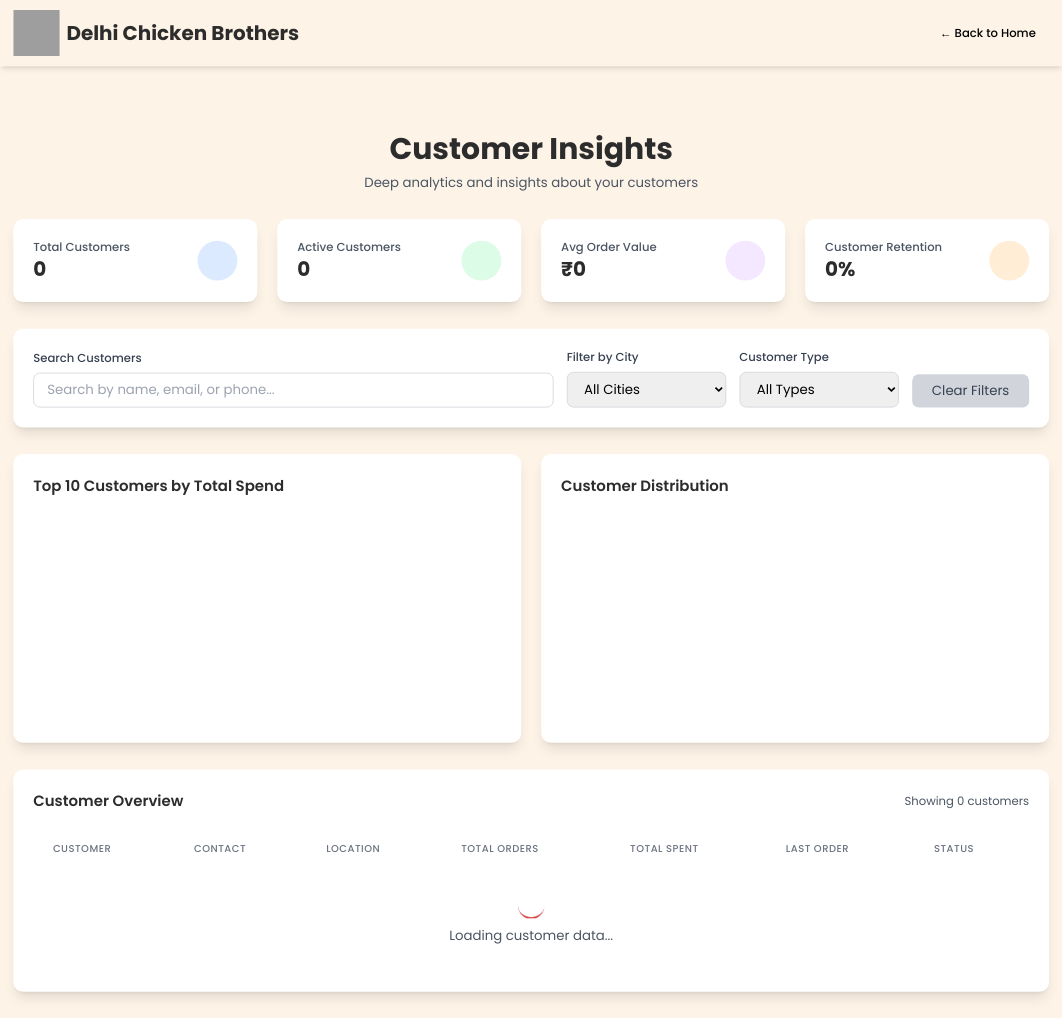
Repository: roydigital/dcb_pos_final
Page: customers.html
The author's editor kept a copy of each file at every save. The page is drawn from the files as they stood at one save, then again after the next save.
The browser window is 1280 px wide. The pictures show the whole page, at 83% of full size.
Pictures or frames that could not be fetched are drawn as grey boxes. Some web libraries are served in a nearby version.

Above is the page before, as saved 2025-10-13 16:50:39.

### customers.html
<!DOCTYPE html>
<html lang="en">
<head>
    <meta charset="UTF-8">
    <meta name="viewport" content="width=device-width, initial-scale=1.0">
    <title>Customer Insights - Delhi Chicken Brothers</title>
    <script src="https://cdn.tailwindcss.com"></script>
    <link rel="preconnect" href="https://fonts.googleapis.com">
    <link rel="preconnect" href="https://fonts.gstatic.com" crossorigin>
    <link href="https://fonts.googleapis.com/css2?family=Poppins:wght@400;500;600;700&family=Roboto:wght@400;500;700&display=swap" rel="stylesheet">
    <script src="https://unpkg.com/lucide@latest"></script>
    <script src="https://cdn.jsdelivr.net/npm/chart.js"></script>
    <style>
        body {
            font-family: 'Poppins', 'Roboto', sans-serif;
            background-color: #FDF3E7;
        }
        :root {
            --brand-red: #D12727;
            --brand-dark: #2C2C2C;
            --brand-cream: #FDF3E7;
            --brand-light-cream: #FFFBF5;
        }
        .bg-brand-red { background-color: var(--brand-red); }
        .text-brand-red { color: var(--brand-red); }
        .border-brand-red { border-color: var(--brand-red); }
        .bg-brand-dark { background-color: var(--brand-dark); }
        .text-brand-dark { color: var(--brand-dark); }
        .bg-brand-cream { background-color: var(--brand-cream); }
        .text-brand-cream { color: var(--brand-cream); }
        .bg-brand-light-cream { background-color: var(--brand-light-cream); }

        /* Custom scrollbar */
        ::-webkit-scrollbar {
            width: 8px;
        }
        ::-webkit-scrollbar-track {
            background: var(--brand-cream);
        }
        ::-webkit-scrollbar-thumb {
            background: var(--brand-red);
            border-radius: 10px;
        }
        ::-webkit-scrollbar-thumb:hover {
            background: #a81f1f;
        }

        .customer-card {
            transition: all 0.3s ease;
        }
        .customer-card:hover {
            transform: translateY(-2px);
            box-shadow: 0 10px 25px -5px rgba(0, 0, 0, 0.1);
        }

        .fade-in {
            animation: fadeIn 0.5s ease-in;
        }

        @keyframes fadeIn {
            from { opacity: 0; transform: translateY(10px); }
            to { opacity: 1; transform: translateY(0); }
        }

        .loading {
            opacity: 0.6;
            pointer-events: none;
        }

        /* Badge styles */
        .badge-new { background-color: #10B981; color: white; }
        .badge-returning { background-color: #3B82F6; color: white; }
        .badge-frequent { background-color: #8B5CF6; color: white; }
        .badge-high-value { background-color: #F59E0B; color: white; }
        .badge-inactive { background-color: #6B7280; color: white; }

        /* Drawer animations */
        .drawer-enter {
            transform: translateX(100%);
        }
        .drawer-enter-active {
            transform: translateX(0);
            transition: transform 0.3s ease-out;
        }
        .drawer-exit {
            transform: translateX(0);
        }
        .drawer-exit-active {
            transform: translateX(100%);
            transition: transform 0.3s ease-in;
        }
    </style>
</head>
<body class="min-h-screen flex flex-col">
    <!-- Header -->
    <header class="bg-brand-cream sticky top-0 z-40 shadow-md" style="background-color: #FDF3E7 !important;">
        <div class="container mx-auto px-4 py-3 flex justify-between items-center">
            <a href="index.html" class="flex items-center gap-2">
                <img src="https://dcbchicken.com/images/logo.png" alt="Delhi Chicken Brothers Logo" class="h-12 w-12 md:h-14 md:w-14">
                <span class="text-xl md:text-2xl font-bold text-brand-dark hidden sm:block">Delhi Chicken Brothers</span>
            </a>
            <div class="flex items-center gap-4">
                <a href="index.html" class="text-sm font-medium hover:text-brand-red transition-colors">← Back to Home</a>
                <div id="auth-container"></div>
            </div>
        </div>
    </header>

    <!-- Main Content -->
    <main class="container mx-auto px-4 pt-20 pb-8 flex-grow">
        <!-- Page Header -->
        <div class="text-center mb-8">
            <h1 class="text-3xl md:text-4xl font-bold text-brand-dark mb-2">Customer Insights</h1>
            <p class="text-gray-600">Deep analytics and insights about your customers</p>
        </div>

        <!-- Quick Stats Cards -->
        <div class="grid grid-cols-1 md:grid-cols-2 lg:grid-cols-4 gap-6 mb-8">
            <div class="bg-white rounded-xl shadow-lg p-6 customer-card">
                <div class="flex items-center justify-between">
                    <div>
                        <p class="text-sm font-medium text-gray-600">Total Customers</p>
                        <p id="total-customers" class="text-2xl font-bold text-brand-dark">0</p>
                    </div>
                    <div class="w-12 h-12 bg-blue-100 rounded-full flex items-center justify-center">
                        <i data-lucide="users" class="h-6 w-6 text-blue-600"></i>
                    </div>
                </div>
            </div>

            <div class="bg-white rounded-xl shadow-lg p-6 customer-card">
                <div class="flex items-center justify-between">
                    <div>
                        <p class="text-sm font-medium text-gray-600">Active Customers</p>
                        <p id="active-customers" class="text-2xl font-bold text-brand-dark">0</p>
                    </div>
                    <div class="w-12 h-12 bg-green-100 rounded-full flex items-center justify-center">
                        <i data-lucide="user-check" class="h-6 w-6 text-green-600"></i>
                    </div>
                </div>
            </div>

            <div class="bg-white rounded-xl shadow-lg p-6 customer-card">
                <div class="flex items-center justify-between">
                    <div>
                        <p class="text-sm font-medium text-gray-600">Avg Order Value</p>
                        <p id="avg-order-value" class="text-2xl font-bold text-brand-dark">₹0</p>
                    </div>
                    <div class="w-12 h-12 bg-purple-100 rounded-full flex items-center justify-center">
                        <i data-lucide="trending-up" class="h-6 w-6 text-purple-600"></i>
                    </div>
                </div>
            </div>

            <div class="bg-white rounded-xl shadow-lg p-6 customer-card">
                <div class="flex items-center justify-between">
                    <div>
                        <p class="text-sm font-medium text-gray-600">Customer Retention</p>
                        <p id="retention-rate" class="text-2xl font-bold text-brand-dark">0%</p>
                    </div>
                    <div class="w-12 h-12 bg-orange-100 rounded-full flex items-center justify-center">
                        <i data-lucide="repeat" class="h-6 w-6 text-orange-600"></i>
                    </div>
                </div>
            </div>
        </div>

        <!-- Filters and Search -->
        <div class="bg-white rounded-xl shadow-lg p-6 mb-8 customer-card">
            <div class="flex flex-wrap gap-4 items-end">
                <div class="flex-1 min-w-[300px]">
                    <label class="block text-sm font-medium text-gray-700 mb-2">Search Customers</label>
                    <input type="text" id="search-input" placeholder="Search by name, email, or phone..."
                        class="w-full px-4 py-2 border border-gray-300 rounded-lg focus:outline-none focus:ring-2 focus:ring-brand-red focus:border-brand-red">
                </div>

                <div>
                    <label class="block text-sm font-medium text-gray-700 mb-2">Filter by City</label>
                    <select id="city-filter" class="w-48 px-4 py-2 border border-gray-300 rounded-lg focus:outline-none focus:ring-2 focus:ring-brand-red focus:border-brand-red">
                        <option value="">All Cities</option>
                    </select>
                </div>

                <div>
                    <label class="block text-sm font-medium text-gray-700 mb-2">Customer Type</label>
                    <select id="type-filter" class="w-48 px-4 py-2 border border-gray-300 rounded-lg focus:outline-none focus:ring-2 focus:ring-brand-red focus:border-brand-red">
                        <option value="">All Types</option>
                        <option value="new">New Customers</option>
                        <option value="returning">Returning Customers</option>
                        <option value="frequent">Frequent Customers</option>
                        <option value="high-value">High-Value Customers</option>
                        <option value="inactive">Inactive Customers</option>
                    </select>
                </div>

                <button id="clear-filters" class="bg-gray-300 text-gray-700 px-6 py-2 rounded-lg hover:bg-gray-400 transition-colors">
                    Clear Filters
                </button>
            </div>
        </div>

        <!-- Analytics Charts Section -->
        <div class="grid grid-cols-1 lg:grid-cols-2 gap-6 mb-8">
            <!-- Top Customers Chart -->
            <div class="bg-white rounded-xl shadow-lg p-6 customer-card">
                <h3 class="text-lg font-semibold text-brand-dark mb-4">Top 10 Customers by Total Spend</h3>
                <div class="h-64">
                    <canvas id="top-customers-chart"></canvas>
                </div>
            </div>

            <!-- Customer Distribution Chart -->
            <div class="bg-white rounded-xl shadow-lg p-6 customer-card">
                <h3 class="text-lg font-semibold text-brand-dark mb-4">Customer Distribution</h3>
                <div class="h-64">
                    <canvas id="customer-distribution-chart"></canvas>
                </div>
            </div>
        </div>

        <!-- Customer Overview Table -->
        <div class="bg-white rounded-xl shadow-lg p-6 customer-card">
            <div class="flex justify-between items-center mb-6">
                <h3 class="text-lg font-semibold text-brand-dark">Customer Overview</h3>
                <div class="text-sm text-gray-600" id="customer-count">Showing 0 customers</div>
            </div>

            <div class="overflow-x-auto">
                <table class="min-w-full divide-y divide-gray-200">
                    <thead>
                        <tr>
                            <th class="px-6 py-3 text-left text-xs font-medium text-gray-500 uppercase tracking-wider">Customer</th>
                            <th class="px-6 py-3 text-left text-xs font-medium text-gray-500 uppercase tracking-wider">Contact</th>
                            <th class="px-6 py-3 text-left text-xs font-medium text-gray-500 uppercase tracking-wider">Location</th>
                            <th class="px-6 py-3 text-left text-xs font-medium text-gray-500 uppercase tracking-wider">Total Orders</th>
                            <th class="px-6 py-3 text-left text-xs font-medium text-gray-500 uppercase tracking-wider">Total Spent</th>
                            <th class="px-6 py-3 text-left text-xs font-medium text-gray-500 uppercase tracking-wider">Last Order</th>
                            <th class="px-6 py-3 text-left text-xs font-medium text-gray-500 uppercase tracking-wider">Status</th>
                        </tr>
                    </thead>
                    <tbody id="customers-table-body" class="bg-white divide-y divide-gray-200">
                        <!-- Customer data will be populated here -->
                    </tbody>
                </table>
            </div>

            <!-- Loading State -->
            <div id="table-loading" class="text-center py-8">
                <div class="animate-spin rounded-full h-8 w-8 border-b-2 border-brand-red mx-auto mb-2"></div>
                <p class="text-gray-600">Loading customer data...</p>
            </div>

            <!-- No Results State -->
            <div id="no-results" class="text-center py-8 hidden">
                <i data-lucide="users" class="h-16 w-16 text-gray-300 mx-auto mb-4"></i>
                <p class="text-gray-600">No customers found matching your criteria.</p>
            </div>
        </div>
    </main>

    <!-- Customer Details Drawer -->
    <div id="customer-drawer" class="fixed inset-0 z-50 hidden">
        <div class="absolute inset-0 bg-black bg-opacity-50" id="drawer-overlay"></div>
        <div class="absolute right-0 top-0 h-full w-full max-w-2xl bg-white shadow-2xl overflow-y-auto drawer-enter">
            <div class="p-6">
                <!-- Drawer Header -->
                <div class="flex justify-between items-center mb-6">
                    <h2 class="text-2xl font-bold text-brand-dark">Customer Details</h2>
                    <button id="close-drawer" class="p-2 rounded-full hover:bg-gray-200">
                        <i data-lucide="x" class="h-6 w-6"></i>
                    </button>
                </div>

                <!-- Customer Profile -->
                <div id="customer-profile" class="space-y-6">
                    <!-- Loading State -->
                    <div id="profile-loading" class="text-center py-8">

After the next save:
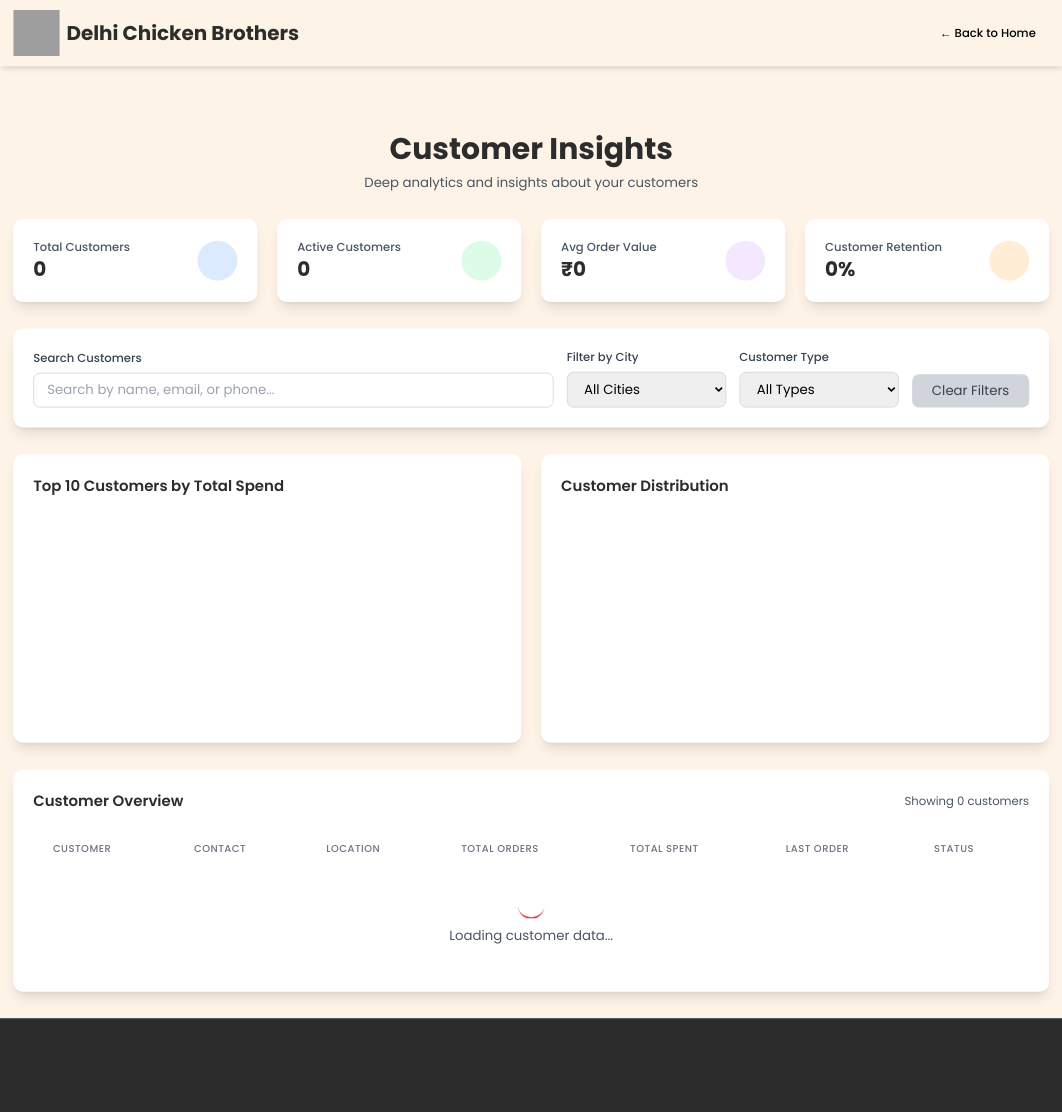
Saved 7 s later.
--- a/customers.html
+++ b/customers.html
@@ -275,3 +275,20 @@
                 <div id="customer-profile" class="space-y-6">
                     <!-- Loading State -->
                     <div id="profile-loading" class="text-center py-8">
+                        <div class="animate-spin rounded-full h-8 w-8 border-b-2 border-brand-red mx-auto mb-2"></div>
+                        <p class="text-gray-600">Loading customer details...</p>
+                    </div>
+
+                    <!-- Customer Content (will be populated dynamically) -->
+                </div>
+            </div>
+        </div>
+    </div>
+
+    <!-- Footer -->
+    <footer id="contact" class="bg-brand-dark text-brand-cream border-t border-gray-700 mt-auto">
+        <div class="container mx-auto px-4 py-12">
+            <div class="grid grid-cols-1 md:grid-cols-4 gap-8">
+                <!-- Brand Info -->
+                <div class="col-span-1 md:col-span-1">
+                    <a href="index.html" class="flex items-center gap-3 mb-4">
